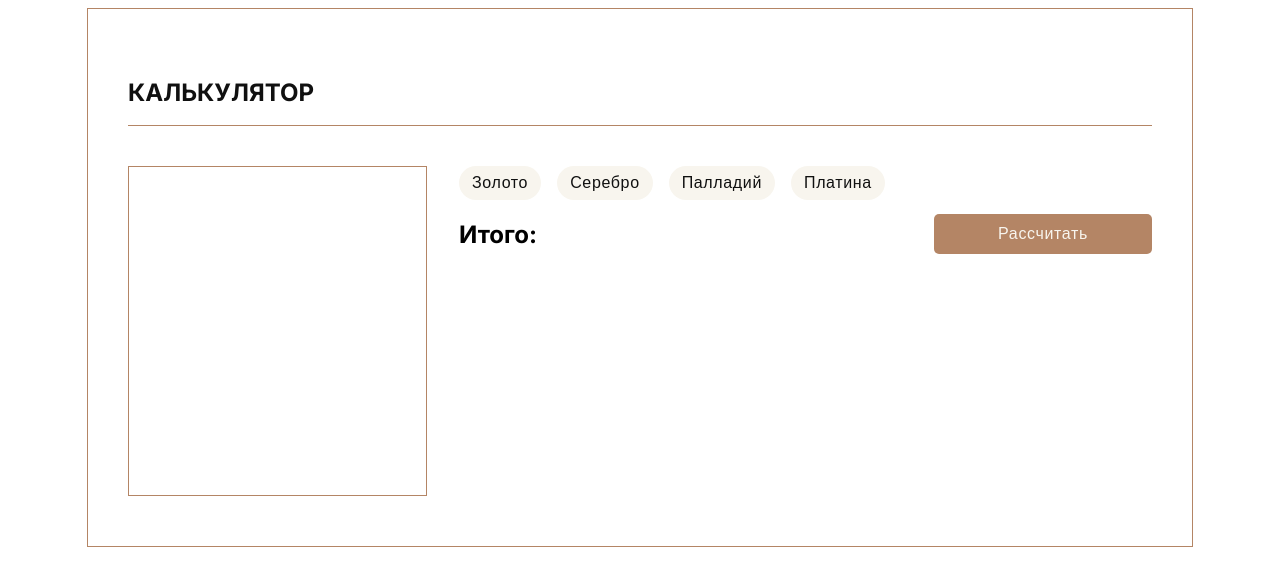
Repository: Kirill2034/Calculator-metal
Page: /
The author's editor kept a copy of each file at every save. The page is drawn from the files as they stood at one save, then again after the next save.
The browser window is 1280 px wide. The pictures show the whole page.
The project was rebuilt for these pictures with package versions that can differ from the ones it lists, and the page was loaded fresh each time.

Above is the page before, as saved 2021-11-27 18:44:32.

### public/index.html
<!DOCTYPE html>
<html lang="en">
  <head>
    <meta charset="utf-8" />
    <meta name="viewport" content="width=device-width, initial-scale=1" />

    <link rel="preconnect" href="https://fonts.googleapis.com">
    <link rel="preconnect" href="https://fonts.gstatic.com" crossorigin>
    <link href="https://fonts.googleapis.com/css2?family=Inter:wght@300;400;500;700&display=swap" rel="stylesheet">

    <title>Калькулятор</title>
  </head>
  <body>
    <div id="root"></div>
  </body>
</html>

### src/App.js
import React, { useState } from 'react';
import './App.css';
import {BtnRadio} from './components/BtnRadio';

const metals = [
  {
    id: 1,
    code: "gold",
    title: "Золото",
    finenessList: [
      {id: 1, value: 375, cash: 90, checkingAccount: 100},
      {id: 1, value: 575, cash: 190, checkingAccount: 250}
    ]
  },
  {
    id: 2,
    code: "argent",
    title: "Серебро",
    finenessList: [
      {id: 1, value: 375, cash: 90, checkingAccount: 100},
      {id: 1, value: 575, cash: 190, checkingAccount: 250}
    ]
  },
  {
    id: 3,
    code: "palladium",
    title: "Палладий",
    finenessList: [
      {id: 1, value: 375, cash: 90, checkingAccount: 100},
      {id: 1, value: 575, cash: 190, checkingAccount: 250}
    ]
  },
  {
    id: 4,
    code: "platinum",
    title: "Платина",
    finenessList: [
      {id: 1, value: 375, cash: 90, checkingAccount: 100},
      {id: 1, value: 575, cash: 190, checkingAccount: 250}
    ]
  },
]

const App = () => {

  const [selectedMetalId, setselectedMetalId] = useState(null);

  const onMetalItemClick = (id) => {
    setselectedMetalId(id);
  };

  return (
    <div className="App">
      <div className="title">
        <h2>Калькулятор</h2>
      </div>
      <div className="calculator">
        <div className="metal-image"></div>
        <div className="content">
          <div className="check-metal">
            {metals.map((metal) => (
            <BtnRadio
              key={metal.id}
              item={metal}
              selected={selectedMetalId === metal.id}
              onClick={onMetalItemClick}
              />
          ))}
          </div>
          <div className="select-prop-metal"></div>
          <div className="calculate">
            <h2>Итого:</h2>
            <button>Рассчитать</button>
          </div>
        </div>
      </div>
    </div>
  );
}

export default App;

### src/App.css
.App {width: 1024px; height: 537px; border: 1px solid #B48565; margin: 0 auto; font-family: 'Inter', sans-serif; padding: 0 40px;}
.App .title {border-bottom: 1px solid #B48565; text-transform: uppercase; font-weight: 900; font-size: 16px; line-height: 24px; color: #101010; margin-top: 72px; margin-bottom: 40px;}

.App .calculator {display: flex;}
.App .calculator .metal-image {width: 30%; height: 328px; border: 1px solid #B48565; margin-right: 32px;}
.App .calculator .content {width: 70%;}
.App .calculator .calculate {display: flex; align-items: center; justify-content: space-between}
.App .calculator .calculate button {border: none; box-shadow: none; outline: none; background: #B48565; border-radius: 5px; font-weight: normal; font-size: 16px; line-height: 24px; letter-spacing: 0.04em; color: #F8F5EE; padding: 8px 64px; cursor: pointer;}

### src/components/BtnRadio/index.js
import BtnRadio from './BtnRadio.js';
export {BtnRadio};

### src/components/BtnRadio/BtnRadio.js
import React from 'react';
import './BtnRadio.css';
import cn from "classnames";

const BtnRadio = ({item, selected, onClick}) => {
    return (
        <button
            className={cn("BtnRadio", {selected})}
            onClick={() => onClick(item.id)}
        >{item.title}</button>
    )
}

export default BtnRadio;

### src/components/BtnRadio/BtnRadio.css
.BtnRadio {border: 1px solid transparent; box-shadow: none; outline: none; background: #F8F5EE; border-radius: 100px; padding: 4px 12px; color: #101010; font-weight: normal; font-size: 16px; line-height: 24px; letter-spacing: 0.04em; margin-right: 16px; cursor: pointer;}
.BtnRadio:hover {border: 1px solid #B48565; cursor: pointer;}
.BtnRadio.selected {color: #F8F5EE; background: #B48565;}

Loaded but not shown: src/index.js (common file)

After the next save:
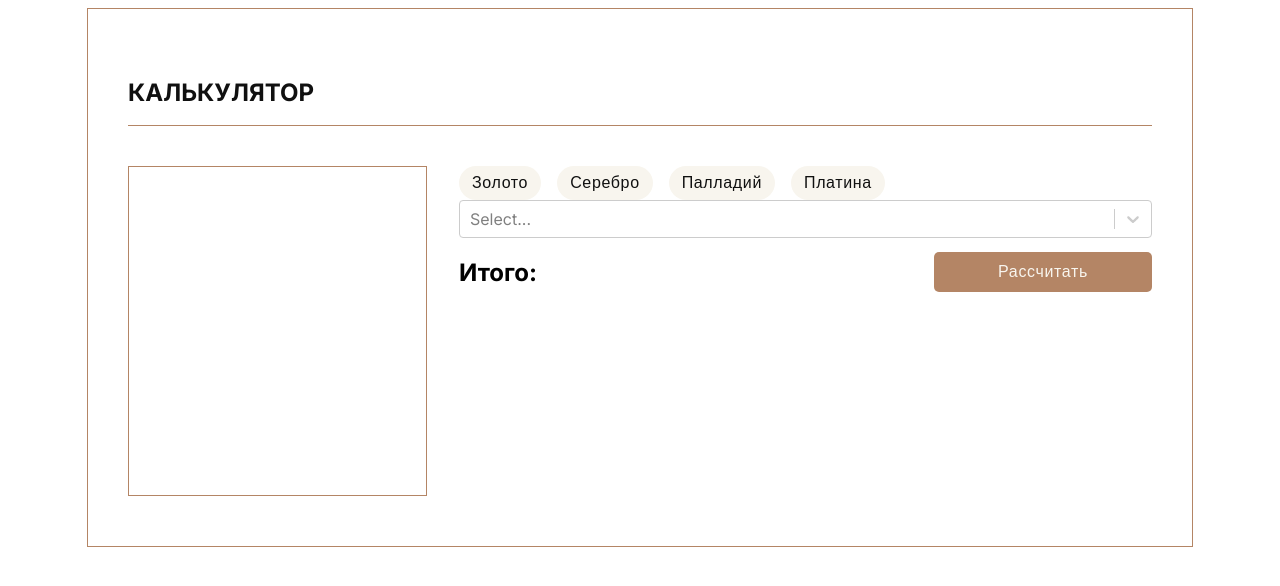
Saved 107 s later.
--- a/src/App.js
+++ b/src/App.js
@@ -1,6 +1,7 @@
 import React, { useState } from 'react';
 import './App.css';
 import {BtnRadio} from './components/BtnRadio';
+import Select from 'react-select';
 
 const metals = [
   {
@@ -67,7 +68,9 @@ const App = () => {
               />
           ))}
           </div>
-          <div className="select-prop-metal"></div>
+          <div className="select-prop-metal">
+            <Select options={metals.map((metal) => {metal.title})} />
+          </div>
           <div className="calculate">
             <h2>Итого:</h2>
             <button>Рассчитать</button>
